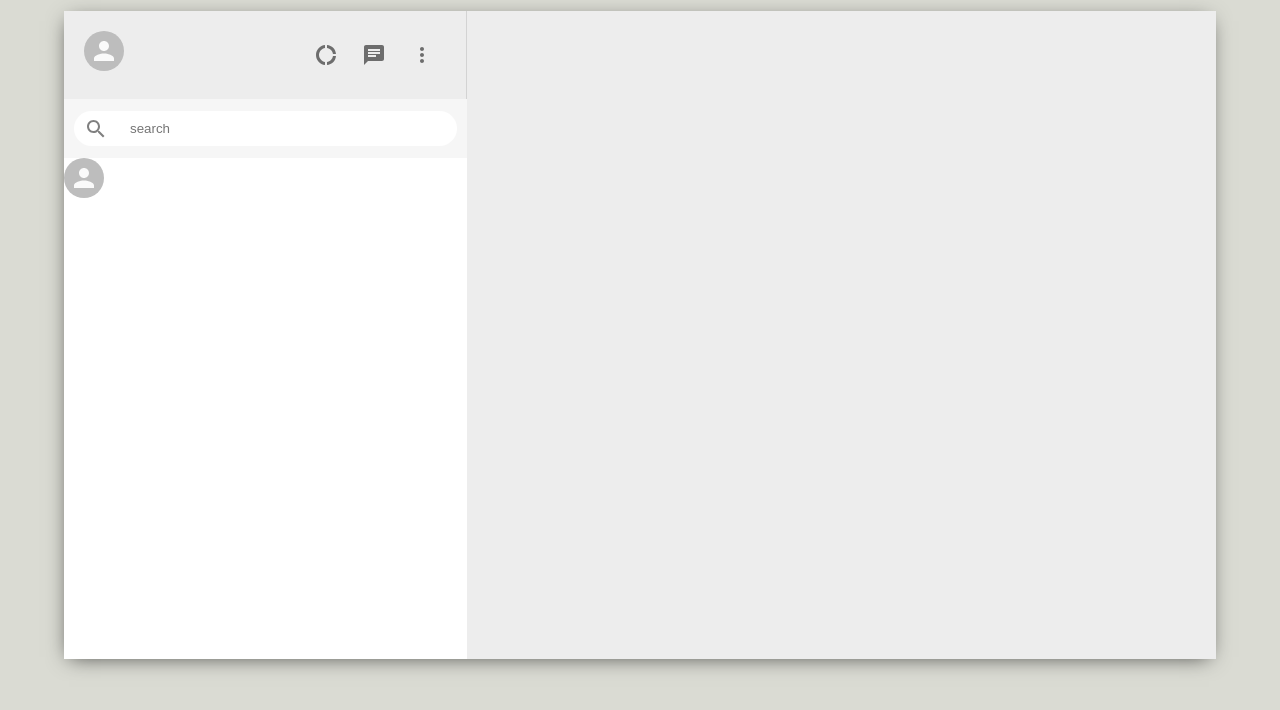
Repository: om1ars/functinal-chat
Page: /
The author's editor kept a copy of each file at every save. The page is drawn from the files as they stood at one save, then again after a run of saves.
The browser window is 1280 px wide. The pictures show the whole page.
The project was rebuilt for these pictures with package versions that can differ from the ones it lists, and the page was loaded fresh each time. Also part of the build but not shown: src/components/SidebarChat.css.

Above is the page before, as saved 2021-11-22 13:51:38.

After the next 2 saves:
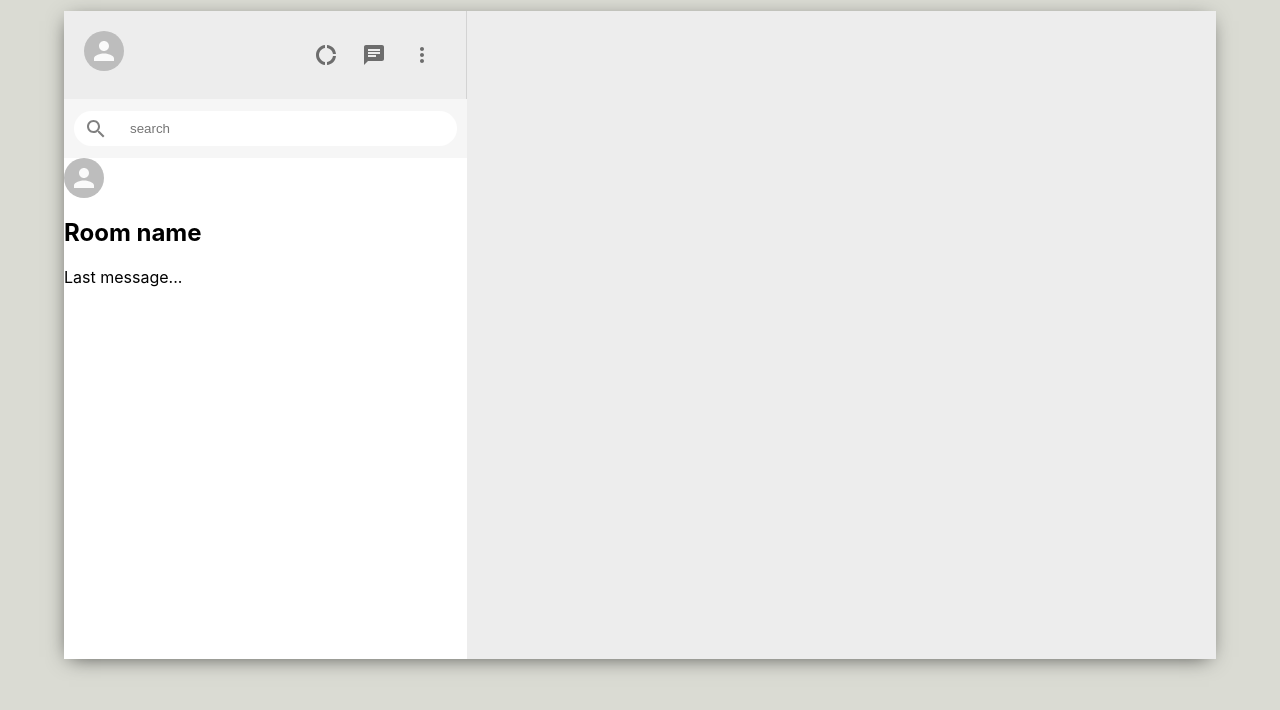
The 2 saves are shown as one change because they came seconds apart.
The last was saved 11 s later.
--- a/src/components/SidebarChat.js
+++ b/src/components/SidebarChat.js
@@ -6,7 +6,8 @@ export default function SidebarChat() {
   return <div className='sidebarChat'>
       <Avatar />
       <div className='sidebarChat__info'>
-
+          <h2>Room name</h2>
+          <p>Last message...</p>
       </div>
   </div>;
 }
